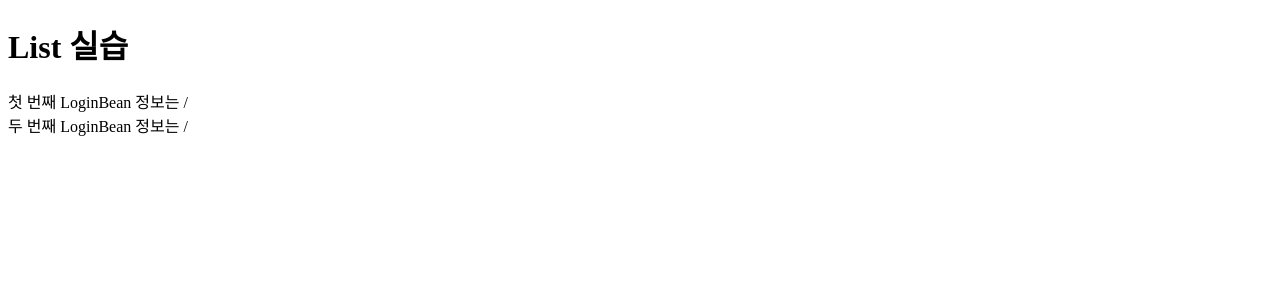
Repository: jb7959/struts_jsp_study
Page: http://localhost/08Chapter_useBean/set.jsp
An editor plug-in stored every save of this project. The page is shown before and after the next save, followed by the edit.
The browser window is 1280 px wide. The pictures show the whole page.
The page is served by Tomcat 9.

Above is the page before, as saved 2015-10-06 11:14:58.

After the next save:
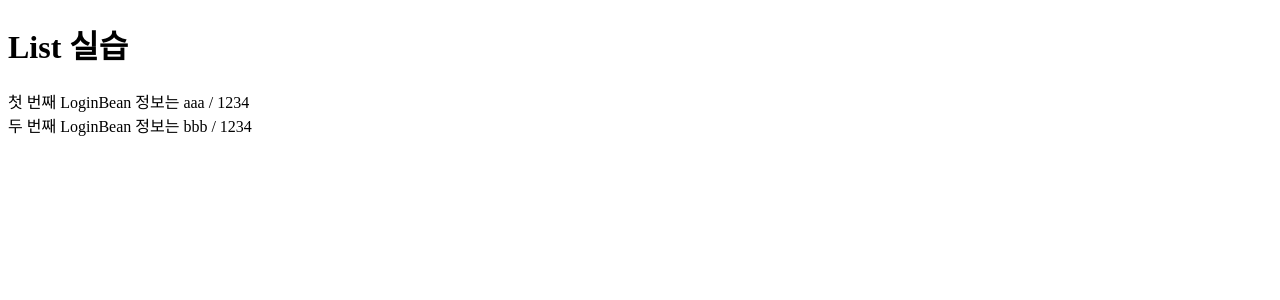
Saved 73 s later.
--- a/08Chapter_useBean/WebContent/set.jsp
+++ b/08Chapter_useBean/WebContent/set.jsp
@@ -20,6 +20,8 @@
 	twoBean.setPasswd("1234");
 
 	ArrayList<LoginBean> list = new ArrayList<LoginBean>();
+	list.add(oneBean);
+	list.add(twoBean);
 
 	request.setAttribute("bean", list);
 

After the save that followed:
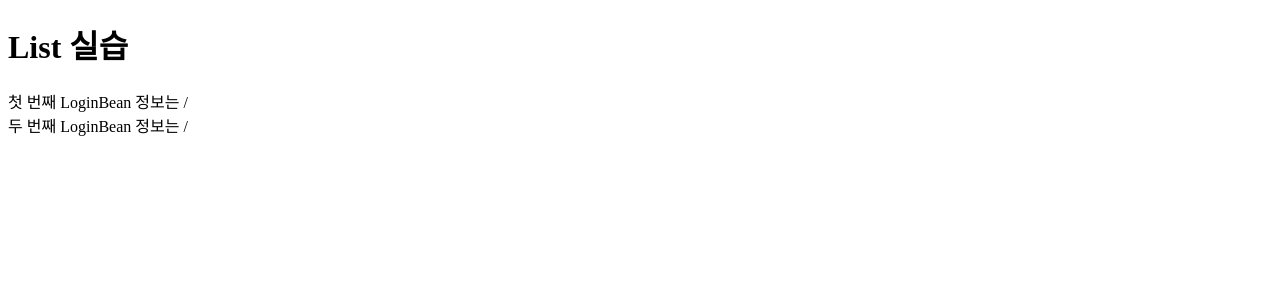
Saved 16 s later.
--- a/08Chapter_useBean/WebContent/set.jsp
+++ b/08Chapter_useBean/WebContent/set.jsp
@@ -23,7 +23,7 @@
 	list.add(oneBean);
 	list.add(twoBean);
 
-	request.setAttribute("bean", list);
+	request.setAttribute("beanName", list);
 
 	%>
 
